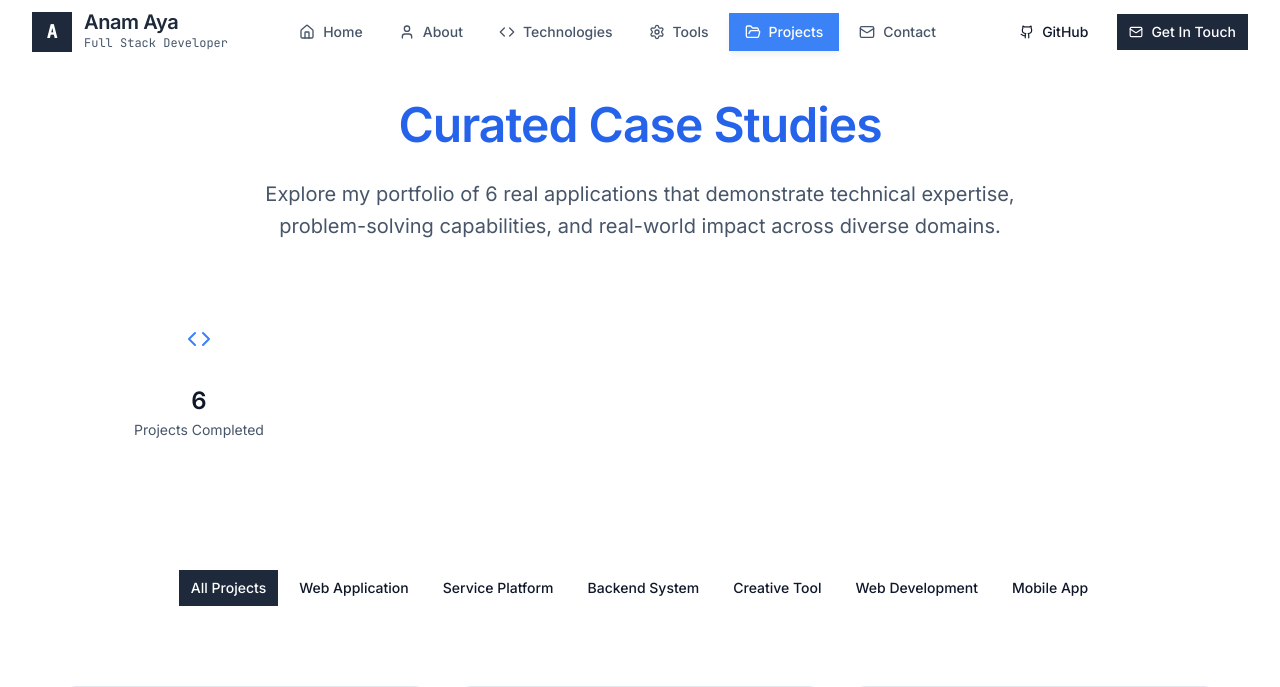
Repository: ayaaas/portflio_aya
Page: /projects-curated-case-studies
An editor plug-in stored every save of this project. The page is shown before and after the next save, followed by the edit.
The browser window is 1280 px wide. The pictures show the part of the page from y = 0 to 687 px (the page is 2547 px tall).
Pictures or frames that could not be fetched are drawn as grey boxes. The project was rebuilt for these pictures with package versions that can differ from the ones it lists, and the page was loaded fresh each time. Also part of the build but not shown: vite.config.mjs, src/components/ErrorBoundary.jsx, src/pages/hero-section-developer-portfolio/components/ProfileImage.jsx, src/pages/hero-section-developer-portfolio/components/AnimatedText.jsx, src/pages/hero-section-developer-portfolio/components/HeroContent.jsx, src/pages/hero-section-developer-portfolio/components/BackgroundPattern.jsx, src/pages/hero-section-developer-portfolio/components/ScrollIndicator.jsx, src/pages/hero-section-developer-portfolio/index.jsx and 24 more.

Above is the page before, as saved 2025-07-18 23:58:46.

After the next save:
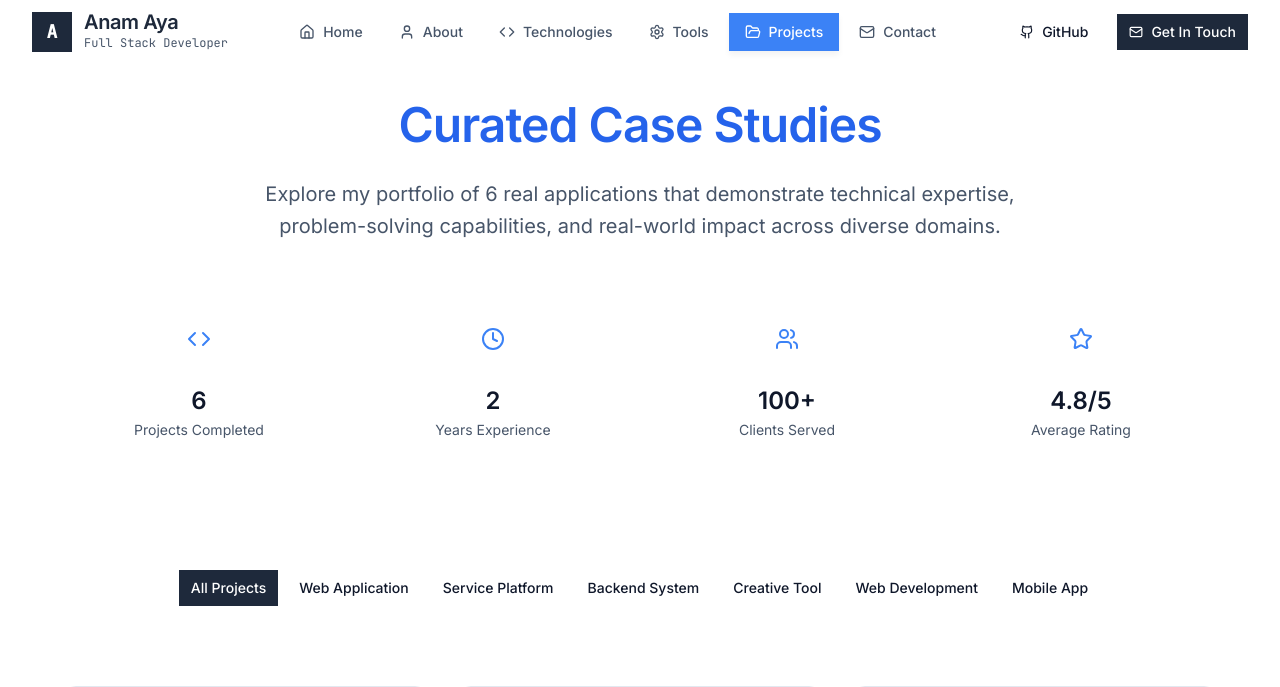
Saved 5 s later.
--- a/src/pages/projects-curated-case-studies/index.jsx
+++ b/src/pages/projects-curated-case-studies/index.jsx
@@ -202,7 +202,9 @@ const ProjectsCuratedCaseStudies = () => {
   // Project statistics - updated to reflect actual 6 projects
   const projectStats = [
     { icon: "Code", value: "6", label: "Projects Completed" },
-
+    { icon: "Clock", value: "2", label: "Years Experience" },
+    { icon: "Users", value: "100+", label: "Clients Served" },
+    { icon: "Star", value: "4.8/5", label: "Average Rating" }
 
   ];
 
